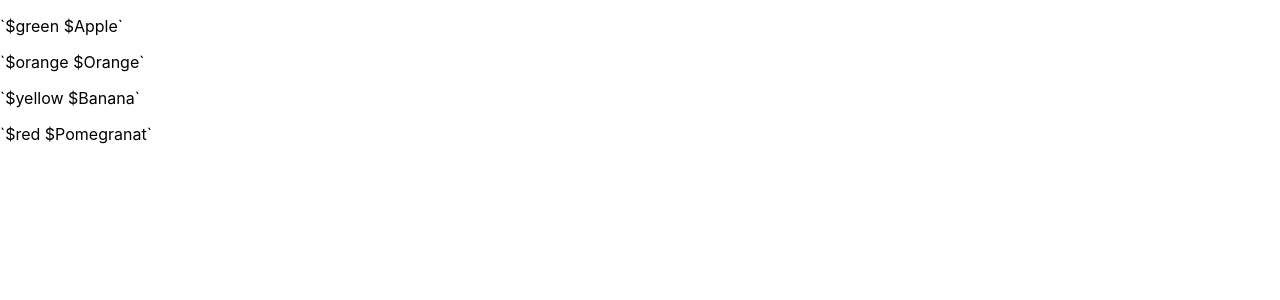
Repository: tatevkalashyan/homwork5-counter
Page: /
An editor plug-in stored every save of this project. The page is shown before and after a run of saves, followed by the edit.
The browser window is 1280 px wide. The pictures show the whole page.
The project was rebuilt for these pictures with package versions that can differ from the ones it lists, and the page was loaded fresh each time.

Above is the page before, as saved 2020-11-21 20:27:26.

### src/App.js
// import logo from './logo.svg';
// import './App.css';

// import Calc from './Calc/Calc'
import List from './List'

function App() {
  return (
    // <Calc />
    <List />
  );
}

export default App;

### src/List.js
import React, { Component } from "react";

class List extends Component {
  constructor() {
    super();

    this.state = {
      value: ["Apple", "Orange", "Banana", "Pomegranat"],
      colors: ['green', 'orange', 'yellow', 'red'],
    };
  }

  render() {
    return (
      <div>
        {this.state.value.map((fruit, key) => {
          return (
            <div key={key}>
              <p>`${this.state.colors[key]} ${fruit}`</p>
            </div>
          );
        })}
      </div>
    );
  }
}

export default List;

Loaded but not shown: public/index.html (common file); src/index.js (common file); src/index.css (common file); src/reportWebVitals.js (common file)

After the next 5 saves:
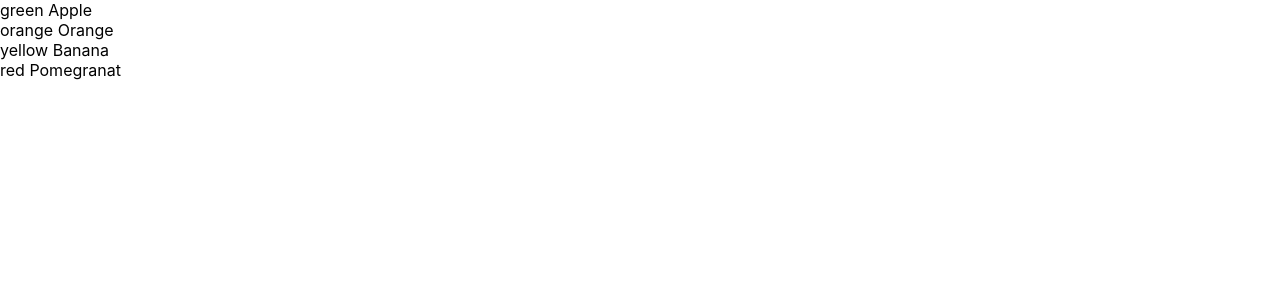
The 5 saves are shown as one change because they came seconds apart.
The last was saved 20 s later.
--- a/src/List.js
+++ b/src/List.js
@@ -16,7 +16,7 @@ class List extends Component {
         {this.state.value.map((fruit, key) => {
           return (
             <div key={key}>
-              <p>`${this.state.colors[key]} ${fruit}`</p>
+              {`${this.state.colors[key]} ${fruit}`}
             </div>
           );
         })}
